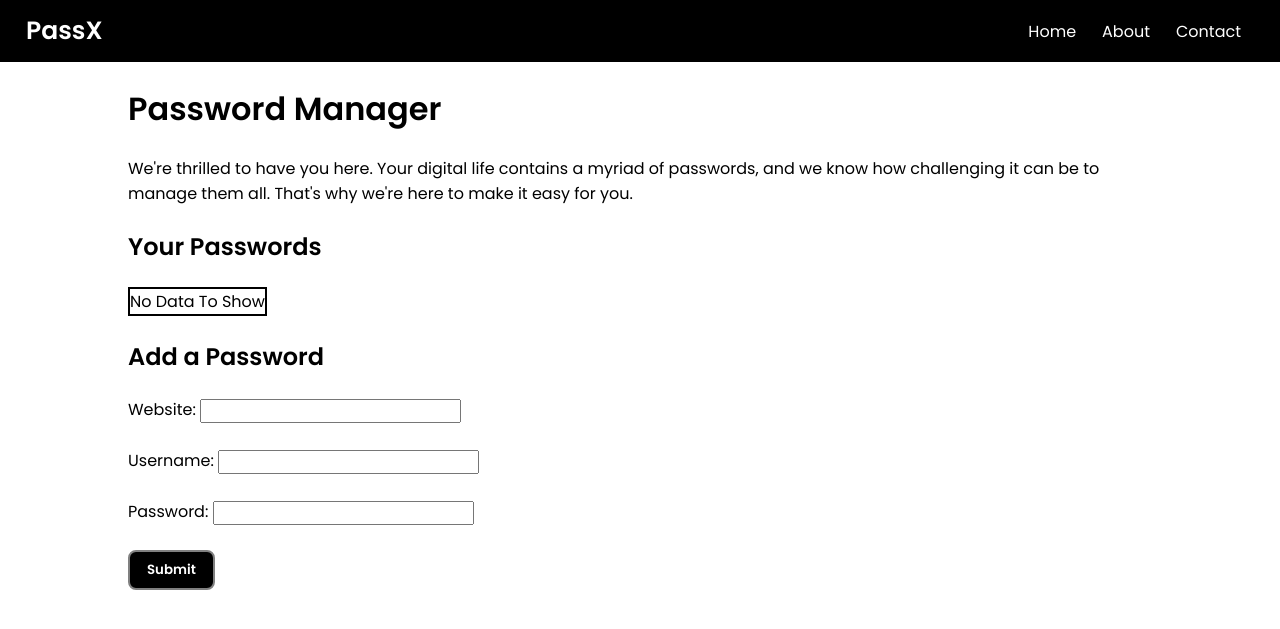
Repository: Abhi2807ar/PASSWORD-MANAGER
Page: index.html
An editor plug-in stored every save of this project. The page is shown before and after the next save, followed by the edit.
The browser window is 1280 px wide. The pictures show the whole page.
The pointer rests on the first visible `.btn`.

Above is the page before, as saved 2024-10-14 19:04:24.

### index.html

<!DOCTYPE html>
<html lang="en">

<head>
    <meta charset="UTF-8">
    <meta name="viewport" content="width=device-width, initial-scale=1.0">
    <title>PassX - Your Personal Password Manager</title>
    <link rel="stylesheet" href="style.css">
</head>

<body>
    <nav>
        <div class="logo">PassX</div>
        <ul>
            <li>Home</li>
            <li>About</li>
            <li>Contact</li>
        </ul>
    </nav>
    <div class="container">
        <h1>Password Manager</h1>
        <p>We're thrilled to have you here. Your digital life contains a myriad of passwords, and we know how
            challenging it can be to manage them all. That's why we're here to make it easy for you.</p>
        <h2>Your Passwords <span id="alert">(Copied!)</span></h2>
        <table>
            <tr>
                <th>Website</th>
                <th>Username</th>
                <th>Password</th>
                <th>Delete</th>
            </tr>

        </table>

        <h2>Add a Password</h2>
        <form action="/submit" method="post">

            <!-- Text input for website -->
            <label for="website">Website:</label>
            <input type="text" id="website" name="website" required>
            <br><br>

            <!-- Text input for username -->
            <label for="username">Username:</label>
            <input type="text" id="username" name="username" required>
            <br><br>

            <!-- Password input -->
            <label for="password">Password:</label>
            <input type="password" id="password" name="password" required>
            <br>
            <!-- Submit button -->
            <button class="btn" type="submit">Submit</button>
        </form>
    </div>
    <script src="script.js"></script>
</body>

</html>

### style.css
@import url('https://fonts.googleapis.com/css2?family=Noto+Sans:ital,wght@0,700;1,300&family=Poppins:wght@300;400;600&display=swap');

* {
    margin: 0;
    padding: 0;
    font-family: 'Noto Sans', sans-serif;
    font-family: 'Poppins', sans-serif;
}

nav {
    background-color: black;
    color: white;
    padding: 12px 3px;
    display: flex;
    justify-content: space-between;
}

.logo{
    margin: 0 23px;
    font-weight: 800;
    font-size: 25px;
    cursor: pointer;
}

ul {
    display: flex;
    margin: 0 23px;
    align-items: center;
}

ul > li {
    list-style: none;
    margin: 0 13px;
    cursor: pointer;
}

ul > li:hover{
    color: white;

}

table, td, tr{
    border: 2px solid black;
    border-collapse: collapse;
    padding: 5px 13px;
}

.container {
    max-width: 80vw;
    margin: 23px auto;
}

h1, h2, h3 {
    margin: 23px 0;
}

.btn{
    padding: 8px 17px;
    background: black;
    color: white;
    font-weight: 900;
    border: 2px solid gray;
    border-radius: 8px;
    margin: 25px 0;
    cursor: pointer;
}

.btnsm{
    padding: 8px 17px;
    background: black;
    color: white;
    font-weight: 900;
    border: 2px solid gray;
    border-radius: 8px;
    cursor: pointer;
}

img{
    cursor: pointer;
    position: relative;
    bottom: 7px;
    width: 15px;
    height: 13px;
}

#alert{
    display: none;
}

img:hover {
    transform: rotate(10deg); /* Slight rotate effect on hover */
}
.btnsm:hover {
    background: #ff5722;
    border-color: #ff9800;
    transform: translateY(-2px); /* Lift effect */
}

### script.js
function maskPassword(pass){
    let str = ""
    for (let index = 0; index < pass.length; index++) {
        str  += "*"
    }
    return str
}

function copyText(txt) {
    navigator.clipboard.writeText(txt).then(
        () => {
          /* clipboard successfully set */
          document.getElementById("alert").style.display = "inline"
          setTimeout(() => {
            document.getElementById("alert").style.display = "none"
          }, 2000);

        },
        () => {
          /* clipboard write failed */
          alert("Clipboard copying failed")
        },
      );
  }

const deletePassword = (website)=>{
    let data = localStorage.getItem("passwords")
    let arr = JSON.parse(data);
    arrUpdated = arr.filter((e)=>{
        return e.website != website
    })
    localStorage.setItem("passwords", JSON.stringify(arrUpdated))
    alert(`Successfully deleted ${website}'s password`)
    showPasswords()

}

// Logic to fill the table
const showPasswords = () => {
    let tb = document.querySelector("table")
    let data = localStorage.getItem("passwords")
    if (data == null || JSON.parse(data).length == 0) {
        tb.innerHTML = "No Data To Show"
    }
    else {
        tb.innerHTML =  `<tr>
        <th>Website</th>
        <th>Username</th>
        <th>Password</th>
        <th>Delete</th>
    </tr> `
        let arr = JSON.parse(data);
        let str = ""
        for (let index = 0; index < arr.length; index++) {
            const element = arr[index];

            str += `<tr>
    <td>${element.website} <img onclick="copyText('${element.website}')" src="./copy.svg" alt="Copy Button" width="10" width="10" height="10">
    </td>
    <td>${element.username} <img onclick="copyText('${element.username}')" src="./copy.svg" alt="Copy Button" width="10" width="10" height="10">
    </td>
    <td>${maskPassword(element.password)} <img onclick="copyText('${element.password}')" src="./copy.svg" alt="Copy Button" width="10" width="10" height="10">
    </td>
    <td><button class="btnsm" onclick="deletePassword('${element.website}')">Delete</button></td>
        </tr>`
        }
        tb.innerHTML = tb.innerHTML + str

    }
    website.value = ""
    username.value = ""
    password.value = ""
}

console.log("Working");
showPasswords()
document.querySelector(".btn").addEventListener("click", (e) => {
    e.preventDefault()
    console.log("Clicked....")
    console.log(username.value, password.value)
    let passwords = localStorage.getItem("passwords")
    console.log(passwords)
    if (passwords == null) {
        let json = []
        json.push({website: website.value, username: username.value, password: password.value })
        alert("Password Saved");
        localStorage.setItem("passwords", JSON.stringify(json))
    }
    else {
        let json = JSON.parse(localStorage.getItem("passwords"))
        json.push({ website: website.value, username: username.value, password: password.value })
        alert("Password Saved");
        localStorage.setItem("passwords", JSON.stringify(json))
    }
    showPasswords()
})

After the next save:
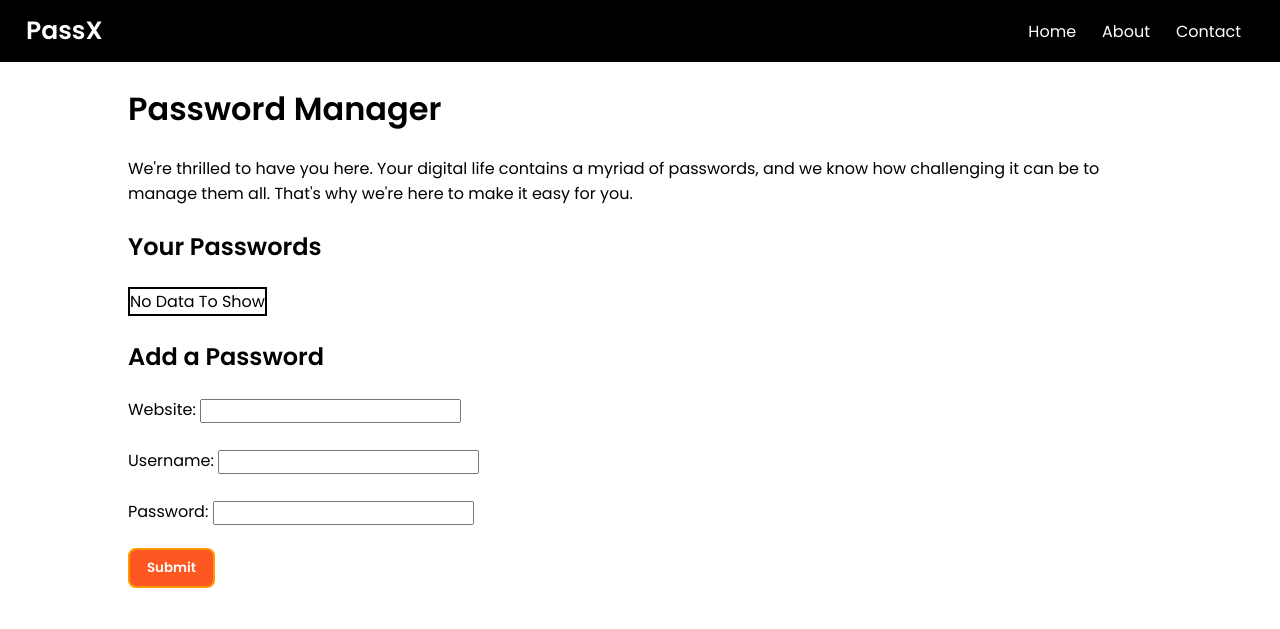
Saved 6 s later.
--- a/style.css
+++ b/style.css
@@ -95,3 +95,8 @@ img:hover {
     border-color: #ff9800;
     transform: translateY(-2px); /* Lift effect */
 }
+.btn:hover {
+    background: #ff5722; /* Vibrant hover color */
+    border-color: #ff9800;
+    transform: translateY(-2px); /* Lift effect */
+}
